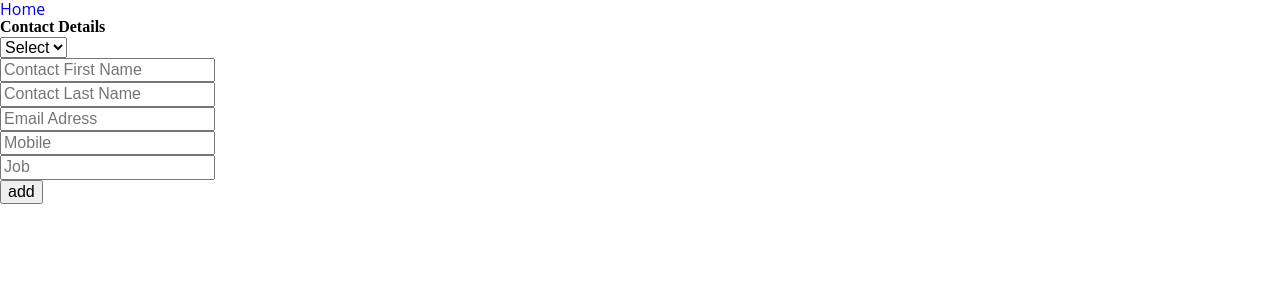
Repository: karthik-H/vms
Page: http://localhost/vms/contact-add.jsp
The author's editor kept a copy of each file at every save. The page is drawn from the files as they stood at one save, then again after the next save.
The browser window is 1280 px wide. The pictures show the whole page.
The page is served by Tomcat 9. Queries for data that is not in the repository find no rows.

Above is the page before, as saved 2019-01-26 11:50:29.

After the next save:
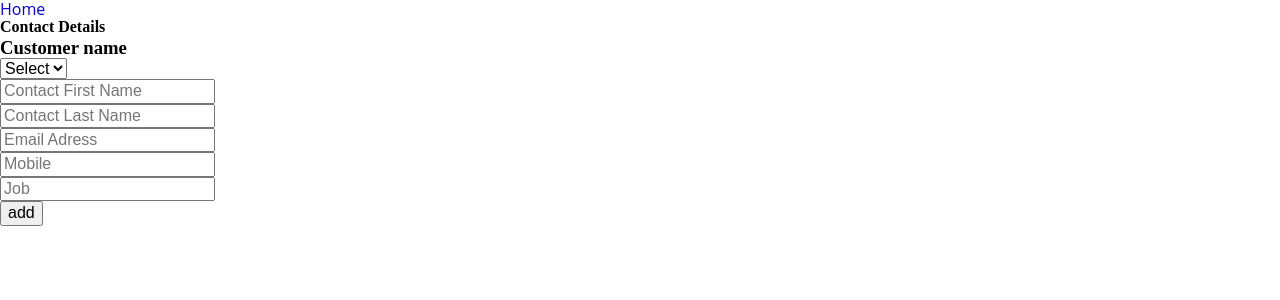
Saved 79 s later.
--- a/Vehicle/vms/src/main/webapp/contact-add.jsp
+++ b/Vehicle/vms/src/main/webapp/contact-add.jsp
@@ -18,6 +18,7 @@
     <div class="row">
       <h4>Contact Details</h4>
  <div class="input-group input-group-icon">
+ 		<h3>Customer name</h3>
 	   <select name="customerId"><%=mybean1.populateCustomer() %></select>
       </div>
       <div class="input-group input-group-icon">
